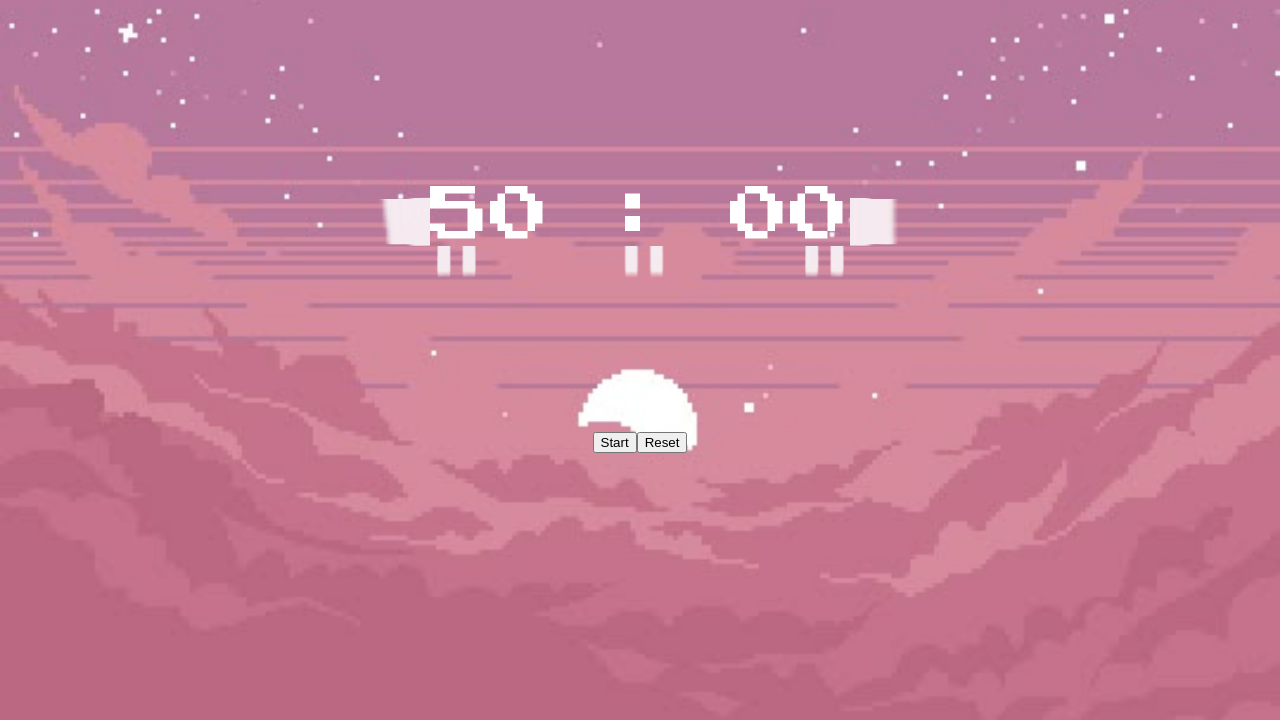
Repository: niharikapatil2306/Study-Timer
Page: index.html
These files come from the project's save history. The page is drawn as it stood at one moment and after the next save; the edit follows.
The browser window is 1280 px wide. The pictures show the whole page.

Above is the page before, as saved 2025-02-15 17:22:05.

After the next save:
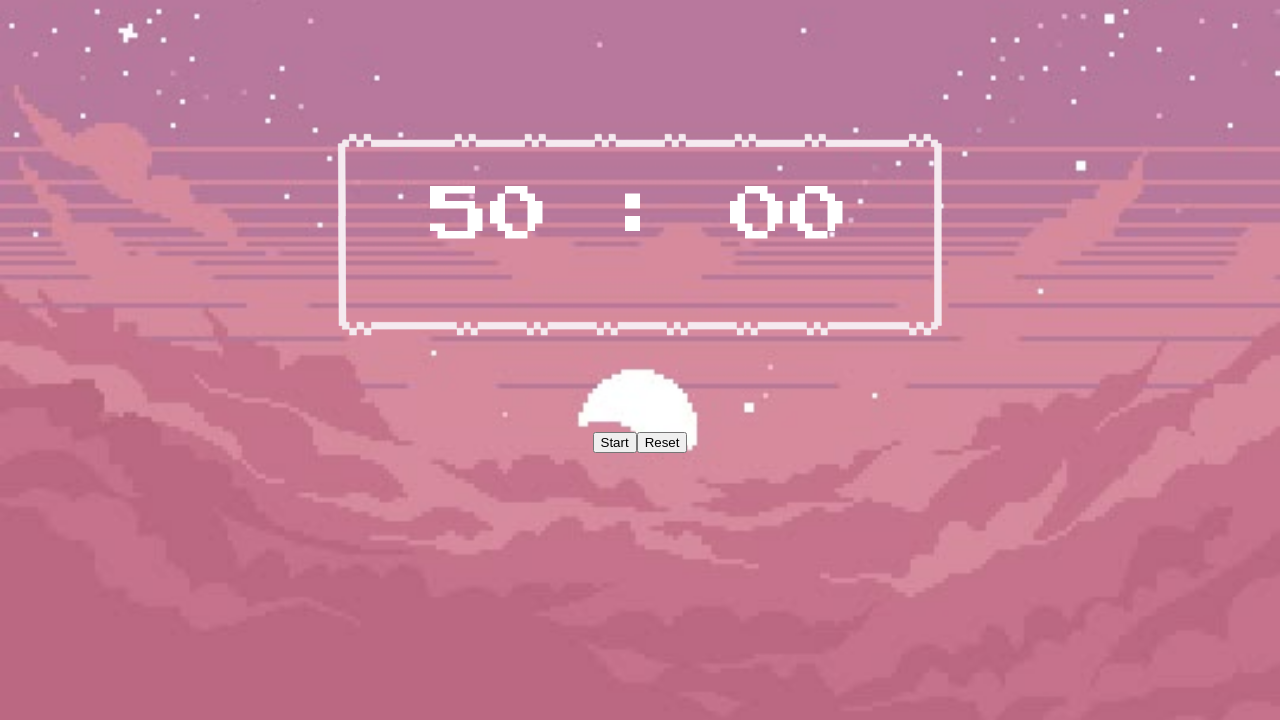
Saved 4 s later.
--- a/style.css
+++ b/style.css
@@ -11,7 +11,7 @@ body {
 
 .box{
     border: 100px solid transparent;
-    border-image: url('./img/border.png') 30 round ;
+    border-image: url('./img/border.png') 200 round ;
 }
 
 .timer{
